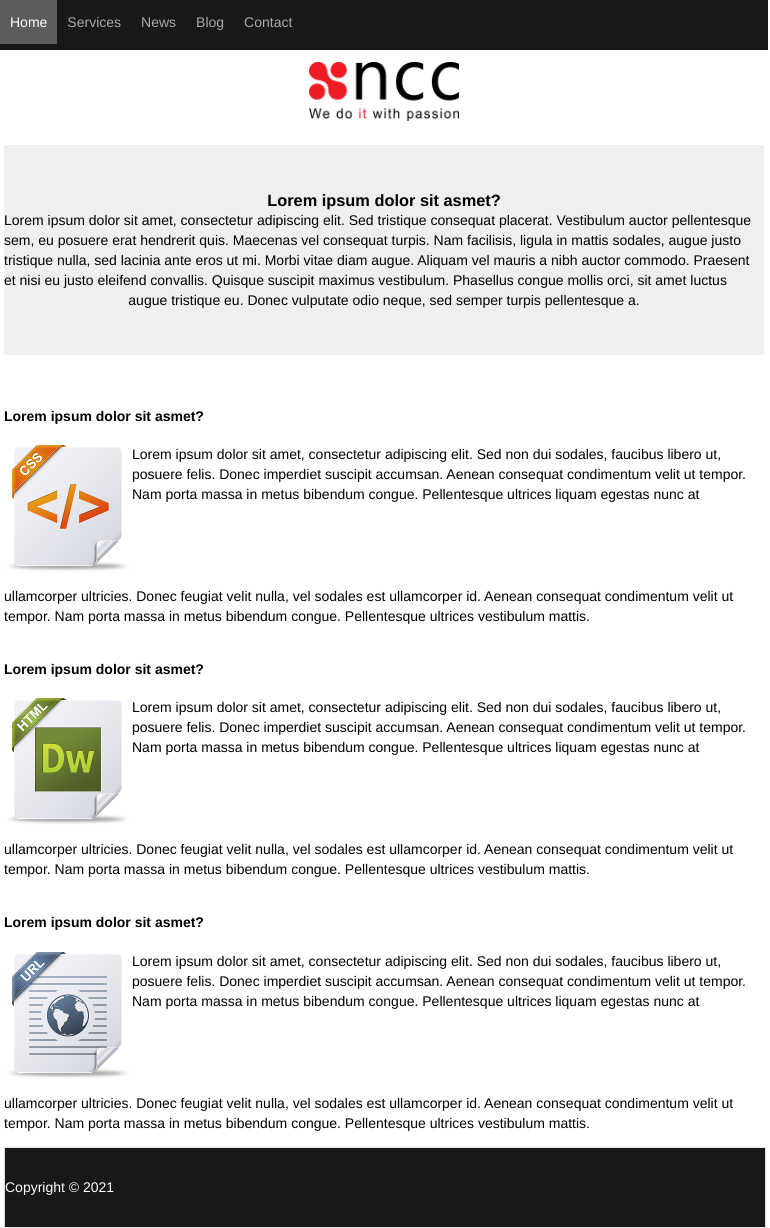
Repository: HoanTiny/ncc
Page: index.html
These files come from the project's save history. The page is drawn as it stood at one moment and after the next save; the edit follows.
The browser window is 768 px wide. The page is 768 px wide, then 770 px, so the pictures cover 770 px, including what lies to the right of the window. The pictures show the whole page.

Above is the page before, as saved 2023-03-30 21:44:58.

### index.html
<!DOCTYPE html>
<html lang="en">
    <head>
        <meta charset="UTF-8" />
        <meta http-equiv="X-UA-Compatible" content="IE=edge" />
        <meta name="viewport" content="width=device-width, initial-scale=1.0" />
        <title>NCC Test</title>
        <link rel="stylesheet" href="./style.css" />
        <link
            href="https://unpkg.com/boxicons@2.1.4/css/boxicons.min.css"
            rel="stylesheet"
        />
    </head>
    <body>
        <div class="container">
            <div class="sidebar">
                <div class="sidebar_icon hiden-tablet">
                    <i class="bx bx-menu"></i>
                </div>
                <ul>
                    <li><a href="">Home</a></li>
                    <li><a href="">Services</a></li>
                    <li><a href="">News</a></li>
                    <li><a href="">Blog</a></li>
                    <li><a href="">Contact</a></li>
                </ul>
            </div>
            <div class="content">
                <div class="content_logo">
                    <img src="./logoNCC 1.png" alt="" />
                </div>
                <div class="content_text">
                    <h3>Lorem ipsum dolor sit asmet?</h3>
                    <p>
                        Lorem ipsum dolor sit amet, consectetur adipiscing elit.
                        Sed tristique consequat placerat. Vestibulum auctor
                        pellentesque sem, eu posuere erat hendrerit quis.
                        Maecenas vel consequat turpis. Nam facilisis, ligula in
                        mattis sodales, augue justo tristique nulla, sed lacinia
                        ante eros ut mi. Morbi vitae diam augue. Aliquam vel
                        mauris a nibh auctor commodo. Praesent et nisi eu justo
                        eleifend convallis. Quisque suscipit maximus vestibulum.
                        Phasellus congue mollis orci, sit amet luctus augue
                        tristique eu. Donec vulputate odio neque, sed semper
                        turpis pellentesque a.
                    </p>
                </div>
                <div class="content_main">
                    <div class="content_main_g1">
                        <h4>Lorem ipsum dolor sit asmet?</h4>
                        <div class="content_main_g1_textimg">
                            <img src="./css-icon 1.png" alt="" />
                            <span
                                >Lorem ipsum dolor sit amet, consectetur
                                adipiscing elit. Sed non dui sodales, faucibus
                                libero ut, posuere felis. Donec imperdiet
                                suscipit accumsan. Aenean consequat condimentum
                                velit ut tempor. Nam porta massa in metus
                                bibendum congue. Pellentesque ultrices liquam
                                egestas nunc at
                            </span>
                        </div>
                        <p>
                            ullamcorper ultricies. Donec feugiat velit nulla,
                            vel sodales est ullamcorper id. Aenean consequat
                            condimentum velit ut tempor. Nam porta massa in
                            metus bibendum congue. Pellentesque ultrices
                            vestibulum mattis.
                        </p>
                    </div>
                    <div class="content_main_g1">
                        <h4>Lorem ipsum dolor sit asmet?</h4>
                        <div class="content_main_g1_textimg">
                            <img src="./html-icon 1.png" alt="" />
                            <span
                                >Lorem ipsum dolor sit amet, consectetur
                                adipiscing elit. Sed non dui sodales, faucibus
                                libero ut, posuere felis. Donec imperdiet
                                suscipit accumsan. Aenean consequat condimentum
                                velit ut tempor. Nam porta massa in metus
                                bibendum congue. Pellentesque ultrices liquam
                                egestas nunc at
                            </span>
                        </div>
                        <p>
                            ullamcorper ultricies. Donec feugiat velit nulla,
                            vel sodales est ullamcorper id. Aenean consequat
                            condimentum velit ut tempor. Nam porta massa in
                            metus bibendum congue. Pellentesque ultrices
                            vestibulum mattis.
                        </p>
                    </div>
                    <div class="content_main_g1">
                        <h4>Lorem ipsum dolor sit asmet?</h4>
                        <div class="content_main_g1_textimg">
                            <img src="./url-icon 1.png" alt="" />
                            <span
                                >Lorem ipsum dolor sit amet, consectetur
                                adipiscing elit. Sed non dui sodales, faucibus
                                libero ut, posuere felis. Donec imperdiet
                                suscipit accumsan. Aenean consequat condimentum
                                velit ut tempor. Nam porta massa in metus
                                bibendum congue. Pellentesque ultrices liquam
                                egestas nunc at
                            </span>
                        </div>
                        <p>
                            ullamcorper ultricies. Donec feugiat velit nulla,
                            vel sodales est ullamcorper id. Aenean consequat
                            condimentum velit ut tempor. Nam porta massa in
                            metus bibendum congue. Pellentesque ultrices
                            vestibulum mattis.
                        </p>
                    </div>
                </div>
            </div>
            <div class="footer">
                <div class="footer_logo">Copyright © 2021</div>
            </div>
        </div>
    </body>
</html>

### style.css
html {
    font-family: "Helvetica Neue", Helvetica, Arial, sans-serif;
    font-size: 14px;
    line-height: 20px;
    margin: 0;
    padding: 0;
}

body {
    margin: 0;
}

.container {
    display: flex;
    width: 1918px;
    min-height: 935px;
    position: relative;
}

.sidebar {
    background-color: #191718;
    width: 150px;
    height: 935px;
}

.sidebar ul {
    list-style-type: none;
    padding: 0;
    height: 44px;
    margin: 0;
}

.sidebar ul li {
    border-bottom: 1px solid #333;
    height: 44px;
    line-height: 44px;
}

.sidebar ul li:hover {
    background-color: #5c5c5c;
}

.sidebar ul li:hover a {
    color: #fff;
}

.sidebar ul li a {
    padding: 10px;
    margin: 0;
    width: 150px;
    height: 44px;
    color: #aaaaaa;
    top: 19px;
    left: 16px;
    text-decoration: none;
}

.content {
    width: 1768px;
    margin: 0 150px;
    position: relative;
}

.content_logo {
    display: flex;
    width: 100%;
    justify-content: center;
    margin-top: 12px;
}

.content_text {
    display: flex;
    width: 100%;
    justify-content: center;
    flex-direction: column;
    align-items: center;
    background-color: #efefef;
    height: 210px;
    /* margin: 0 279px; */
    margin-top: 24px;
}

.content_text p,
.content_text h3 {
    margin: 0 279px;
}

.content_text p {
    margin-top: 12px;
    text-align-last: center;
}

.content_main {
    display: flex;
    width: 100%;
    margin-top: 32px;
}

.content_main_g1 {
    display: flex;
    width: 100%;
    flex-direction: column;
}

.content_main_g1_textimg {
    display: flex;
}

.footer {
    position: absolute;
    bottom: 0;
    width: 100%;
    height: 79px;
    left: 150px;
    line-height: 79px;
    border: 1px solid #dedede;
    margin: 0;
}

@media screen and (max-width: 1920px) {
    .container {
        width: 100%;
    }
}

@media (min-width: 768px) and (max-width: 991px) {
    body {
        padding: 0 4px;
    }

    .hiden-tablet {
        display: none;
    }

    .container {
        width: 100%;
        display: flex;
        flex-direction: column;
    }

    .sidebar {
        background-color: #191718;
        width: 100%;
        height: 50px;
        position: fixed;
        top: 0;
        right: 0;
        left: 0;
        margin-bottom: 50px;
        z-index: 1;
    }

    .sidebar ul {
        display: flex;
    }

    .sidebar ul li {
        border: none;
    }

    .content {
        width: 100%;
        margin: 0;
        padding: 0;
        margin-top: 50px;
    }

    .content_main {
        flex-direction: column;
    }

    .content_text p,
    .content_text h3 {
        margin: 0;
    }

    .content_logo img {
        width: 150px;
    }

    .footer {
        position: unset;
        background-color: #191718;
        color: #fff;
        /* bottom: 0;
        width: 100%;
        height: 79px;
        left: 150px;
        line-height: 79px;
        border: 1px solid #dedede;
        margin: 0; */
    }
}

@media (max-width: 765px) {
    .hiden-desktop {
        display: none;
    }

    body {
        padding: 0 4px;
    }

    .container {
        width: 100%;
        display: flex;
        flex-direction: column;
    }

    .sidebar {
        width: 100%;
        height: 50px;
        display: flex;
        align-items: center;
        justify-content: flex-end;
        padding-right: 24px;
        position: fixed;
        top: 0;
        right: 0;
        left: 0;
        margin-bottom: 50px;
        z-index: 1;
    }

    .sidebar ul {
        display: none;
    }

    .sidebar_icon {
        color: #fff;
        font-size: 16px;
        text-align: right;
    }

    .content {
        width: 100%;
        margin: 0;
        padding: 0;
        margin-top: 50px;
    }

    .content_main {
        flex-direction: column;
    }

    .content_text p,
    .content_text h3 {
        margin: 0;
    }

    .content_logo img {
        width: 150px;
    }

    .footer {
        position: unset;
        background-color: #191718;
        color: #fff;
        /* bottom: 0;
        width: 100%;
        height: 79px;
        left: 150px;
        line-height: 79px;
        border: 1px solid #dedede;
        margin: 0; */
    }
}

After the next save:
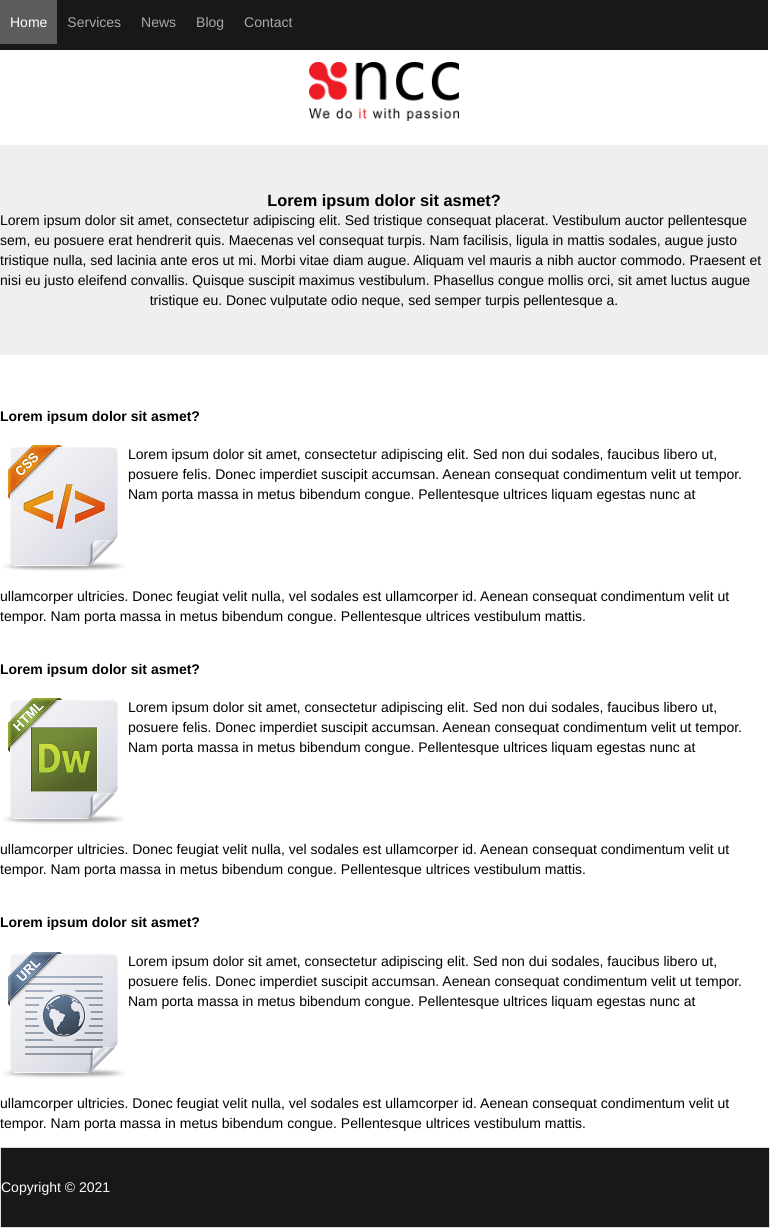
Saved 21 s later.
--- a/style.css
+++ b/style.css
@@ -124,10 +124,6 @@
 }
 
 @media (min-width: 768px) and (max-width: 991px) {
-    body {
-        padding: 0 4px;
-    }
-
     .hiden-tablet {
         display: none;
     }
